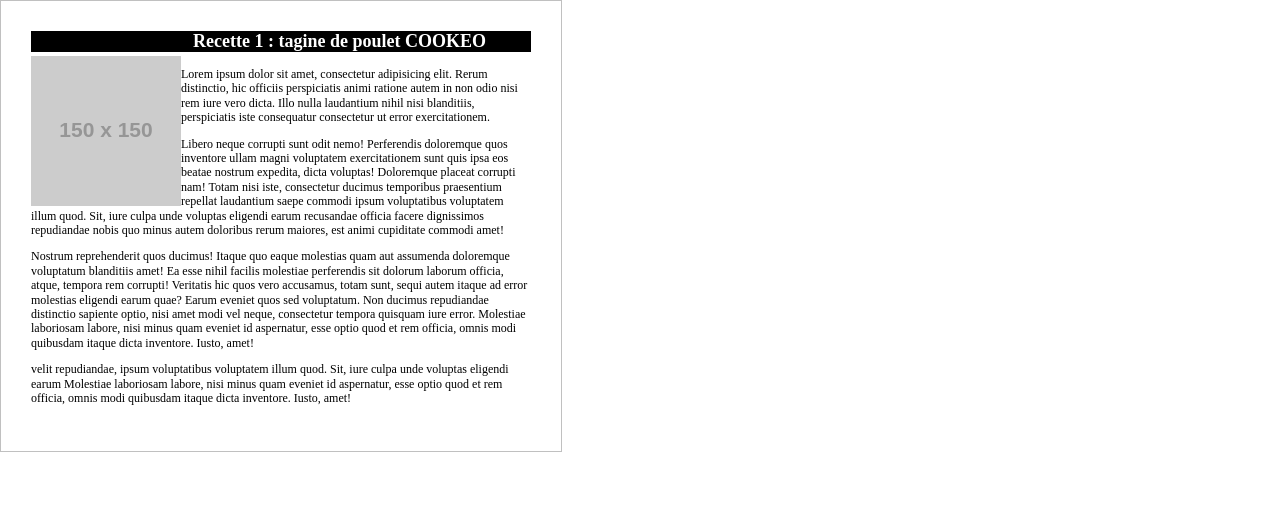
Repository: Luc010/Exercices
Page: HTML CSS/cours/float4.html
These files come from the project's save history. The page is drawn as it stood at one moment and after a run of saves; the edit follows.
The browser window is 1280 px wide. The pictures show the whole page.

Above is the page before, as saved 2019-09-05 11:52:06.

After the next 2 saves:
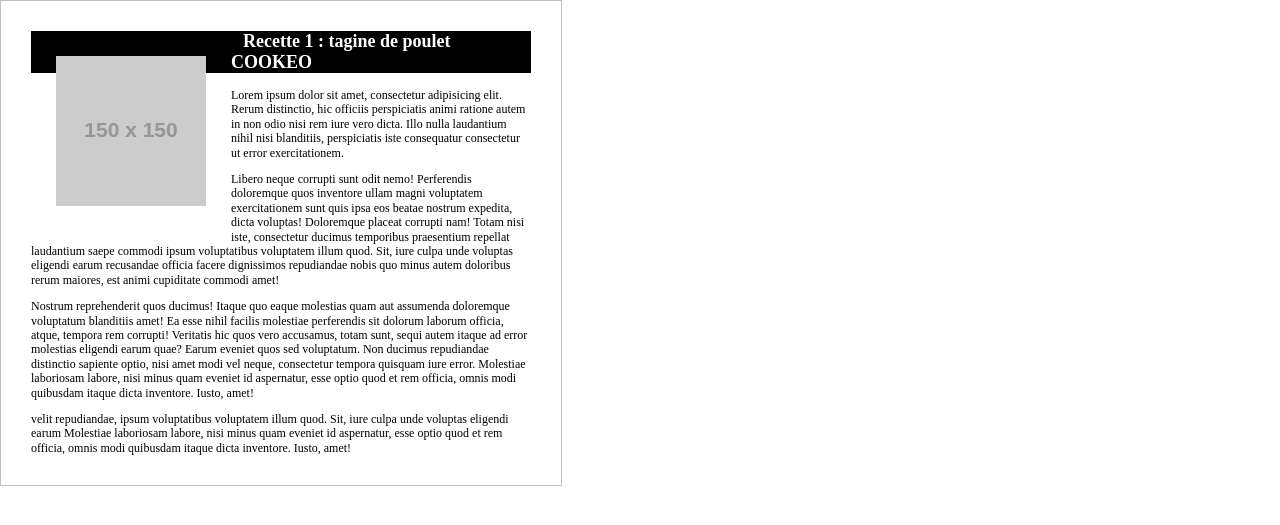
The 2 saves are shown as one change because they came seconds apart.
The last was saved 11 s later.
--- a/HTML CSS/cours/float4.html
+++ b/HTML CSS/cours/float4.html
@@ -37,7 +37,7 @@
 <body>
     <div class="col2">
         <article>
-            <img src="https://via.placeholder.com/150" style="float: left;padding-top: 25px;">
+            <img src="https://via.placeholder.com/150" style="float: left;padding: 25px ">
             <h1>Recette 1 : tagine de poulet COOKEO</h1>
             <!-- <img  src="https://via.placeholder.com/140x180" alt=""> -->
             <p>Lorem ipsum dolor sit amet, consectetur adipisicing elit. Rerum distinctio, hic officiis perspiciatis
